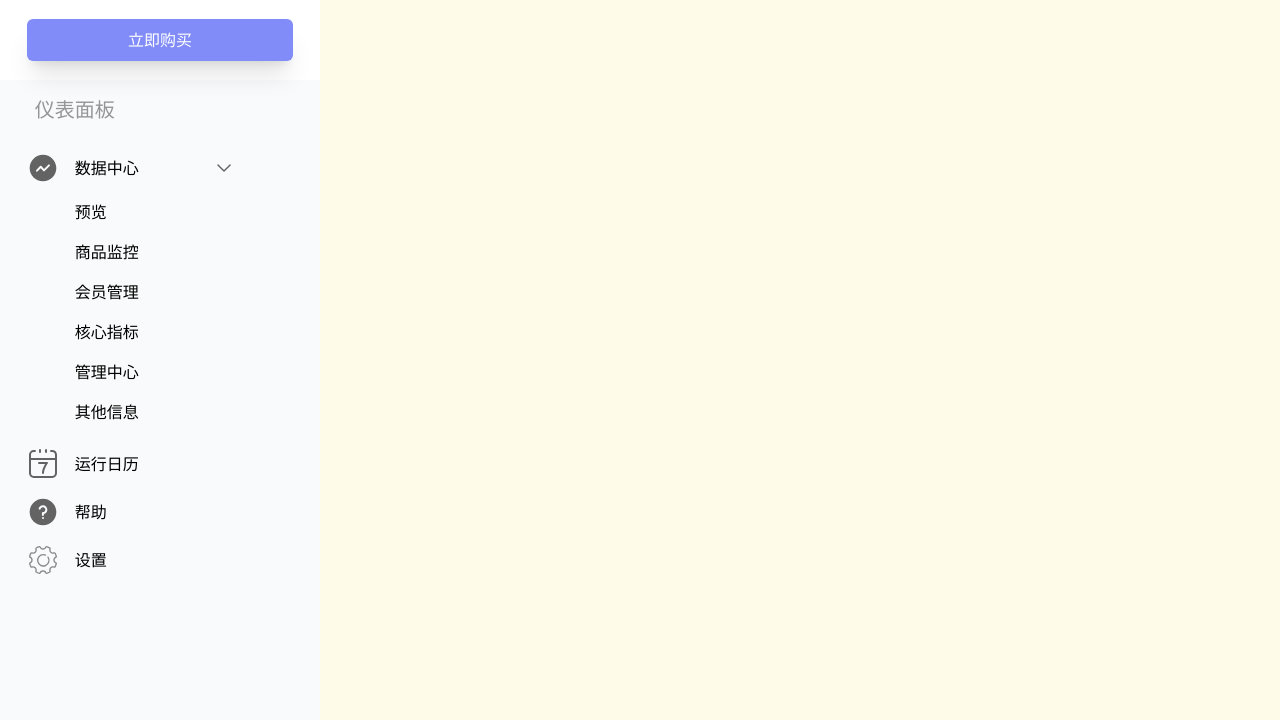
Repository: LiuRuohui/useWater
Page: /
An editor plug-in stored every save of this project. The page is shown before and after the next save, followed by the edit.
The browser window is 1280 px wide. The pictures show the whole page.
The project was rebuilt for these pictures with package versions that can differ from the ones it lists, and the page was loaded fresh each time. Also part of the build but not shown: vite.config.js.

Above is the page before, as saved 2022-04-06 09:22:56.

### src/App.vue
<script setup>
import HelloWorld1 from './components/HelloWorld.vue';
</script>

<template>
  <HelloWorld1></HelloWorld1>
</template>

<style>
</style>

### src/index.css
@tailwind base;
@tailwind components;
.inputFrame {
    @apply appearance-none rounded-none relative block w-full px-3 py-2 border border-gray-300 placeholder-gray-500 text-gray-900
}

.inputFrame:focus {
    @apply outline-none border-indigo-500 z-10 inline-block px-5 py-3 rounded-lg shadow-lg
}

.btn {
    @apply relative flex w-full justify-center py-2 border border-transparent font-medium rounded-md text-white bg-indigo-400
}

.btn:hover {
    @apply bg-indigo-500
}

.btn:focus {
    @apply outline-none ring-2 ring-offset-2 ring-indigo-400
}

@tailwind utilities;

### src/components/HelloWorld.vue
<script setup>

</script>

<template>
<div class="w-full h-screen flex flex-row">
  <div class="w-1/4 h-screen justify-center items-center flex flex-col">
    <div class="w-full h-20 justify-center items-center flex">
        <div class="w-5/6">
            <button class="btn text-white justify-center items-center shadow-xl">立即购买</button>
        </div>
    </div>
    <div class="w-full flex flex-grow bg-gray-50 justify-center">
        <div class="w-5/6 pt-4 flex flex-col">
            <div class="h-8 text-xl opacity-40 pl-2">仪表面板</div>
            <div class="mt-4 flex flex-grow flex-col">
                <div class="flex flex-col my-2">
                    <div class="flex flex-row">
                      <img src="../assets/数据.svg" alt="" class="h-8 opacity-60">
                      <div class="px-4 pt-1">数据中心</div>
                      <img src="../assets/下拉.svg" alt="" class="my-1 h-6 opacity-60 flex flex-row-reverse flex-grow">
                    </div>
                    <div class="mt-2 flex flex-col">
                        <div class="py-2 pl-12">预览</div>
                        <div class="py-2 pl-12">商品监控</div>
                        <div class="py-2 pl-12">会员管理</div>
                        <div class="py-2 pl-12">核心指标</div>
                        <div class="py-2 pl-12">管理中心</div>
                        <div class="py-2 pl-12">其他信息</div>
                    </div>
                </div>
                <div class="flex flex-row my-2">
                  <img src="../assets/日历.svg" alt="" class="h-8 opacity-60">
                  <div class="pl-4 pt-1">运行日历</div>
                </div>
                <div class="flex flex-row my-2">
                  <img src="../assets/帮助.svg" alt="" class="h-8 opacity-60">
                  <div class="pl-4 pt-1">帮助</div>
                </div>
                <div class="flex flex-row my-2">
                  <img src="../assets/设置.svg" alt="" class="h-8 opacity-60">
                  <div class="pl-4 pt-1">设置</div>
                </div>
            </div>
        </div>
    </div>
  </div>
  <div class="flex flex-grow bg-yellow-50">

  </div>
</div>
</template>

<style scoped>

</style>

### tailwind.config.js
module.exports = {
    content: [
        "./index.html",
        "./src/**/*.{vue,js,ts,jsx,tsx}",
    ],
    theme: {
        extend: {},
    },
    variants: {
        backgroundColor: ['responsive', 'hover', 'focus', 'active']
    },
    plugins: [],
}

Loaded but not shown: index.html (common file); src/main.js (common file)

After the next save:
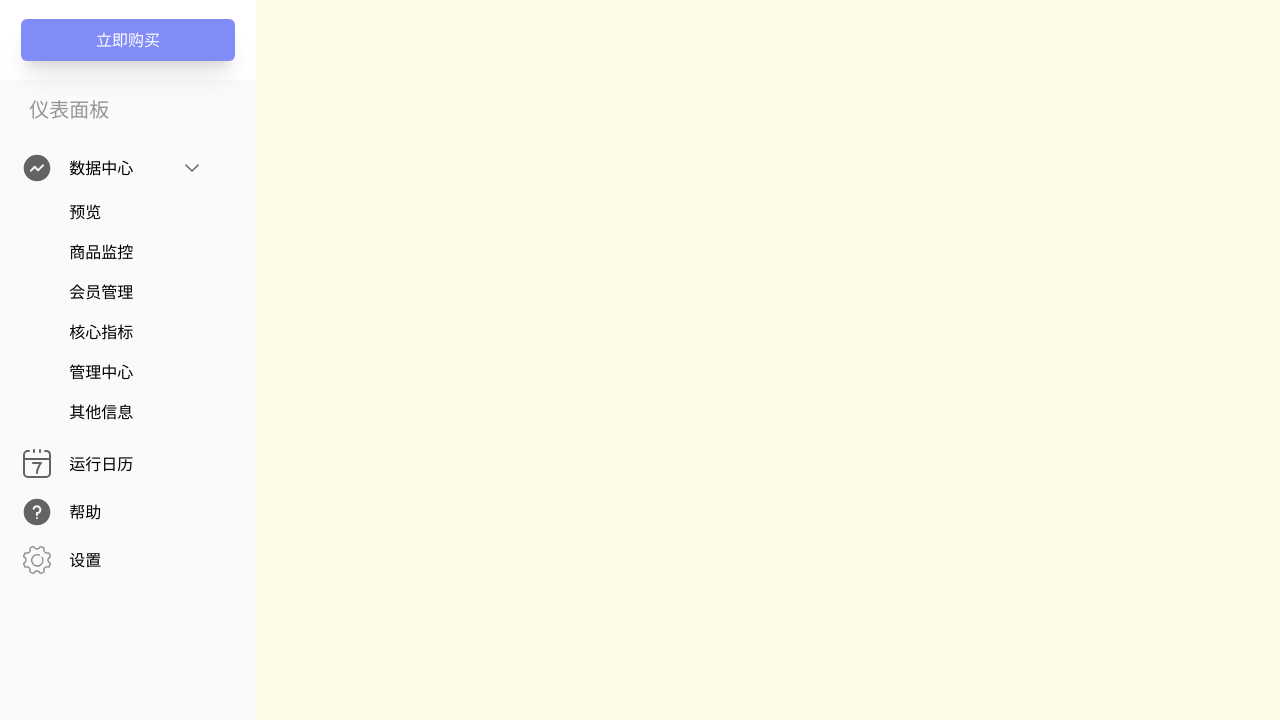
Saved 33 s later.
--- a/src/components/HelloWorld.vue
+++ b/src/components/HelloWorld.vue
@@ -4,7 +4,7 @@
 
 <template>
 <div class="w-full h-screen flex flex-row">
-  <div class="w-1/4 h-screen justify-center items-center flex flex-col">
+  <div class="w-1/5 h-screen justify-center items-center flex flex-col">
     <div class="w-full h-20 justify-center items-center flex">
         <div class="w-5/6">
             <button class="btn text-white justify-center items-center shadow-xl">立即购买</button>

After the save that followed:
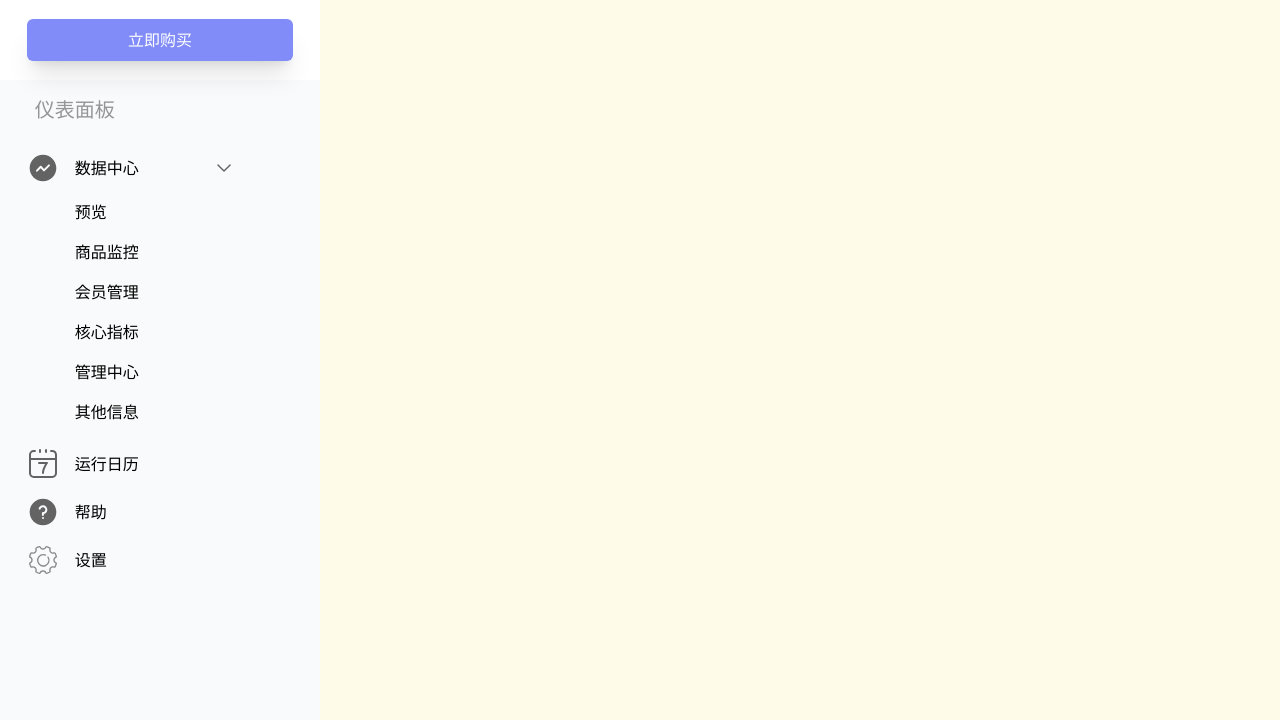
Saved 54 s later.
--- a/src/components/HelloWorld.vue
+++ b/src/components/HelloWorld.vue
@@ -4,7 +4,7 @@
 
 <template>
 <div class="w-full h-screen flex flex-row">
-  <div class="w-1/5 h-screen justify-center items-center flex flex-col">
+  <div class="w-1/4 h-screen justify-center items-center flex flex-col">
     <div class="w-full h-20 justify-center items-center flex">
         <div class="w-5/6">
             <button class="btn text-white justify-center items-center shadow-xl">立即购买</button>
